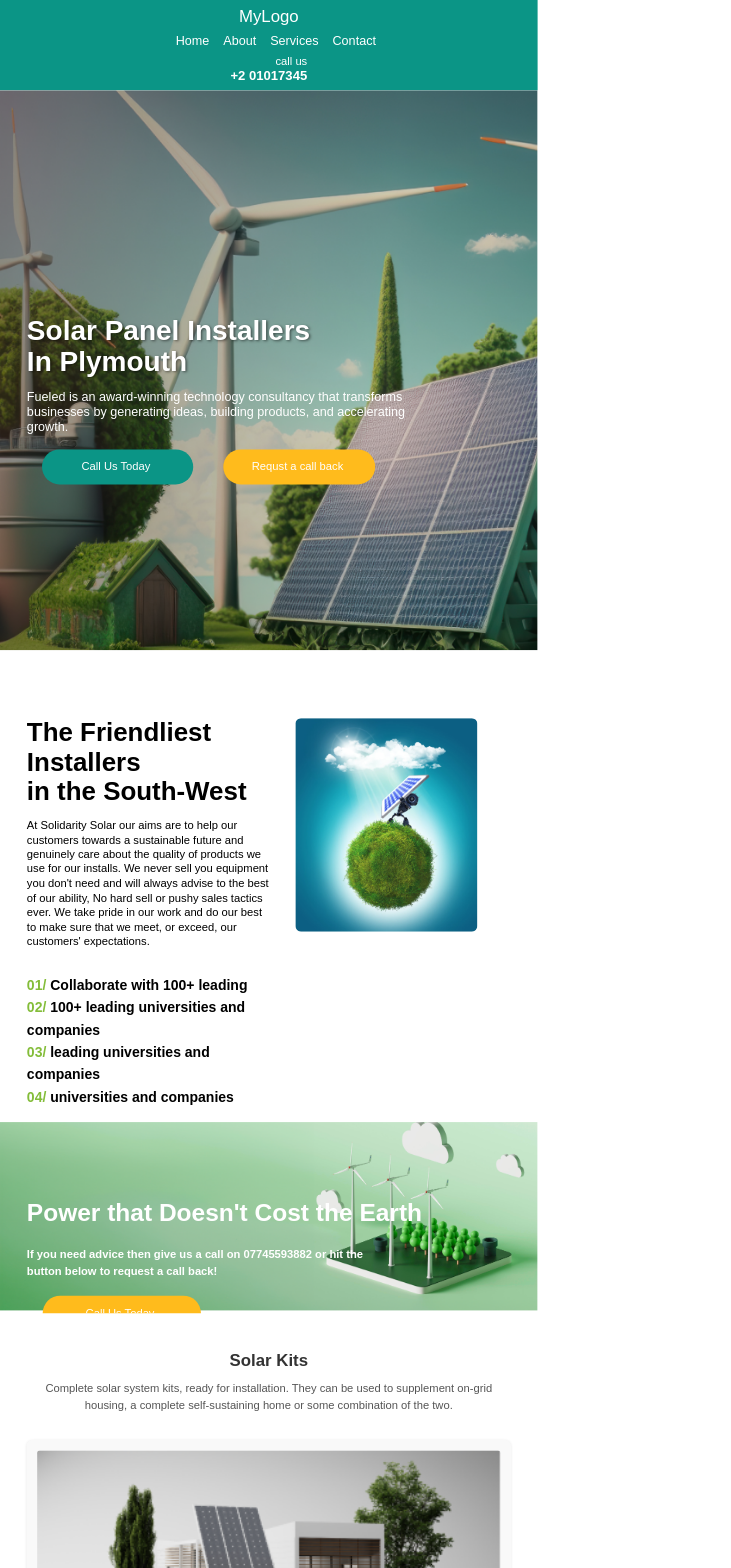
Repository: MaramNabil872/Landing-Page
Page: landingPage.html
These files come from the project's save history. The page is drawn as it stood at one moment and after the next save; the edit follows.
The browser window is 768 px wide. The page is 768 px wide, then 1044 px, so the pictures cover 1044 px, including what lies to the right of the window. The pictures show the part of the page from y = 0 to 2240 px (the page is 7805 px tall before and 1366 px after), at 70% of full size.
Pictures or frames that could not be fetched are drawn as grey boxes. A picture or video elsewhere on the page could not be fetched, so the positions and the page height are approximate.

Above is the page before, as saved 2024-10-22 15:45:48.

### landingPage.html
<!DOCTYPE html>
<html lang="en">
    <head>
        <meta charset="UTF-8" />
        <meta name="viewport" content="width=device-width, initial-scale=1.0" />
        <title>Landing Page</title>
        <link rel="stylesheet" href="landingPage.css" />
    </head>
    <body>
        <nav class="navbar">
            <div class="logo">MyLogo</div>

            <ul class="nav-links">
                <li><a href="#home">Home</a></li>
                <li><a href="#about">About</a></li>
                <li><a href="#services">Services</a></li>
                <li><a href="#contact">Contact</a></li>
            </ul>
            <div class="call">
                <p>call us</p>
                <h3>+2 01017345</h3>
            </div>
        </nav>

        <div class="image-container">
            <img
                src="images/solar-panels-meadow 1.png"
                alt="Background Image"
                class="background-image"
            />
            <div class="main-text">
                <h2 class="text-wallpaper">
                    Solar Panel Installers <br />
                    In Plymouth
                </h2>
                <br />
                <p class="text-paragraph">
                    Fueled is an award-winning technology consultancy that
                    transforms <br />
                    businesses by generating ideas, building products, and
                    accelerating<br />
                    growth.
                </p>
                <div class="button-container">
                    <button class="button-wallpaper1">Call Us Today</button>
                    <button class="button-wallpaper2">
                        Requst a call back
                    </button>
                </div>
            </div>
        </div>

        <!-- first container -->

        <div class="container1">
            <div class="text-container1">
                <p class="title-container1">
                    The Friendliest Installers <br />in the South-West
                </p>
                <p class="paragraph-container1">
                    At Solidarity Solar our aims are to help our customers
                    towards a sustainable future and genuinely care about the
                    quality of products we use for our installs. We never sell
                    you equipment you don't need and will always advise to the
                    best of our ability, No hard sell or pushy sales tactics
                    ever. We take pride in our work and do our best to make sure
                    that we meet, or exceed, our customers' expectations.
                </p>
                <div class="last-container1">
                    <p>
                        <span class="number-container1">01/ </span>Collaborate
                        with 100+ leading
                    </p>
                    <p>
                        <span class="number-container1">02/ </span> 100+ leading
                        universities and companies
                    </p>
                    <p>
                        <span class="number-container1">03/ </span> leading
                        universities and companies
                    </p>
                    <p>
                        <span class="number-container1">04/ </span> universities
                        and companies
                    </p>
                </div>
            </div>
            <div class="image-container1">
                <img src="images/Rectangle 30.png" alt="solar" />
            </div>
        </div>

        <!-- second section -->

        <div class="section2">
            <img src="images/middle.png" alt="img" />
            <div class="main-text">
                <h2 class="section2-text">Power that Doesn't Cost the Earth</h2>
                <h6 class="section2-paragraph">
                    If you need advice then give us a call on 07745593882 or hit
                    the <br />
                    button below to request a call back!
                </h6>
                <button class="button-wallpaper2">Call Us Today</button>
            </div>
        </div>

        <!-- third section -->

        <div class="white-container">
            <h2 class="title">Solar Kits</h2>
            <p class="text">
                Complete solar system kits, ready for installation. They can be
                used to supplement on-grid housing, a complete self-sustaining
                home or some combination of the two.
            </p>

            <div class="card-container">
                <div class="card">
                    <img src="images/1.png" alt="Image 2" class="card-image" />
                    <h3 class="card-title">Off Grid</h3>
                    <p class="card-text">
                        WOC has contributed to students so that they can work in
                        their dream company, we will continue to stick to our
                        commitment to create an advanced generation,
                    </p>
                    <a href="#" class="card-link">View Products →</a>
                </div>
                <div class="card">
                    <img
                        src="images/solar-panels-meadow 2 (1).png"
                        alt="Image 3"
                        class="card-image"
                    />
                    <h3 class="card-title">On Grid</h3>
                    <p class="card-text">
                        WOC has contributed to students so that they can work in
                        their dream company, we will continue to stick to our
                        commitment to create an advanced generation,
                    </p>
                    <a href="#" class="card-link">View Products →</a>
                </div>
                <div class="card">
                    <img
                        src="images/solar-panels-meadow 3.png"
                        alt="Image 1"
                        class="card-image"
                    />
                    <h3 class="card-title">Hybrid</h3>
                    <p class="card-text">
                        WOC has contributed to students so that they can work in
                        their dream company, we will continue to stick to our
                        commitment to create an advanced generation,
                    </p>
                    <a href="#" class="card-link">View Products →</a>
                </div>
            </div>
        </div>

        <!-- forth section -->

        <div class="forth-image">
            <img src="images/8116 1 (1).png" alt="Full Width Image" />
            <div class="overlay-text">
                <h2 class="overlay-title">Repairs Over Replacement</h2>
                <p class="overlay-paragraph">
                    We approach every aspect of our business with sustainability
                    in mind. That's why we believe it's always worth trying to
                    fix a system before outright replacing it, wherever possible
                    – it requires fewer materials and is easier on the planet,
                    as well as your wallet! If another company tells you that
                    your system needs to be replaced, just give us a call and
                    we'll see if we can repair it first.
                </p>
            </div>
        </div>

        <!-- fifth section -->

        <div class="forth">
            <div class="container4">
                <div class="text-section4">
                    <img
                        class="logoimg"
                        src="https://www.logoai.com/oss/icons/2021/10/27/l1eXTxm2w7TM6t9.png"
                    />
                    <h1>Energy Innovators - the products we love</h1>
                    <p class="paragraph-container1">
                        Lorem ipsum dolor sit amet consectetur. Suspendisse
                        suspendisse tempor et ipsum sit egestas nunc. Diam in
                        cum a in.
                    </p>
                </div>
                <div class="card-section4">
                    <div class="card4">
                        <img
                            src="images/image 9.png"
                            alt="Image 1"
                            class="card-image"
                        />
                        <h3 class="card-title">
                            SoliTek - The European Manufacturer of Solar Panels
                        </h3>
                        <p class="card-text">
                            We work closely importing solar panels from Solitek,
                            they offer 30 year warranties on their panels and
                            are constantly coming up with new ideas - including
                            their solar greenhouse.
                        </p>
                        <a href="#" class="card-link">View Products →</a>
                    </div>
                    <div class="card4">
                        <img
                            src="images/image 9.png"
                            alt="Image 2"
                            class="card-image4"
                        />
                        <h3 class="card-title4">
                            Sunsynk - No Power No Problem
                        </h3>
                        <p class="card-text4">
                            Sunsynk build the most versatile hybrid inverter on
                            the market, designed to take up to 7kW of solar on a
                            standard domestic supply - for simultaneous battery
                            charging and household usage.
                        </p>
                        <a href="#" class="card-link">View Products →</a>
                    </div>
                    <div class="card4">
                        <img
                            src="images/image 9.png"
                            alt="Image 3"
                            class="card-image4"
                        />
                        <h3 class="card-title4">
                            BYD - Electrifying Transport
                        </h3>
                        <p class="card-text4">
                            We use battery cells made by BYD, a market leader in
                            lithium batteries. BYD batteries are in cars,
                            trucks, and buses - they build robust batteries.
                        </p>
                        <a href="#" class="card-link">View Products →</a>
                    </div>
                    <div class="card4">
                        <img
                            src="images/image 9.png"
                            alt="Image 4"
                            class="card-image4"
                        />
                        <h3 class="card-title4">REC - Solar's Most Trusted</h3>
                        <p class="card-text4">
                            REC - Renewable Energy Corporation, are one of the
                            longest trading names in solar. They know how to be
                            truly sustainable in this industry - their panels
                            are 100% lead free and have the most trusted
                            warranty in solar.
                        </p>
                        <a href="#" class="card-link">View Products →</a>
                    </div>
                </div>
            </div>
        </div>

        <!-- fifth section -->

        <div class="white-container">
            <h2 class="title5">Our values</h2>
            <p class="text">
                More than 3000 users have been helped by World Online Course.
            </p>

            <div class="card-container">
                <div class="card5">
                    <img
                        src="https://logos-world.net/wp-content/uploads/2023/07/Threads-Logo.png"
                        alt="Image 2"
                        class="card-image5"
                    />
                    <h3 class="card-title">Customer Care</h3>
                    <p class="card-text">
                        We're here to help you with solar panel installation in
                        Devon and Cornwall. If we were to sum ourselves up in a
                        few words, those would be "reliable, honest and
                        friendly." We find our customers agree! We're with you
                        from the start of the project to the finish.
                    </p>
                </div>
                <div class="card5">
                    <img
                        src="https://logos-world.net/wp-content/uploads/2023/07/Threads-Logo.png"
                        alt="Image 3"
                        class="card-image5"
                    />
                    <h3 class="card-title">Price</h3>
                    <p class="card-text">
                        As I'm sure you'll have seen, solar systems don't tend
                        to come cheap. Our aim is to make solar power accessible
                        to everyone, so we price ourselves in a way that makes
                        solar energy more affordable. We're focused on helping
                        you and on helping the environment, rather than on
                        turning a profit.
                    </p>
                </div>
                <div class="card5">
                    <img
                        src="https://logos-world.net/wp-content/uploads/2023/07/Threads-Logo.png"
                        alt="Image 1"
                        class="card-image5"
                    />
                    <h3 class="card-title">Sustainability</h3>
                    <p class="card-text">
                        As we've said, we do this because we truly care about
                        the planet and about seeing people embrace a greener,
                        more eco-friendly approach to power. The world of green
                        energy can be jargon-filled and opaque, so we want to
                        help educate people on the big and little things they
                        can do to protect our planet!
                    </p>
                </div>
            </div>
        </div>

        <!-- sixth section -->

        <div class="testimonial-container">
            <div class="testimonial-left">
              <div class="quote-icon">
                <span>“</span>
              </div>
              <div class="testimonial-title">
                <h1>what they say <br> about WOC</h1>
                <p>More than 3000 users have been helped by World Online Course.</p>
              </div>
            </div>

            <div class="testimonial-right">
              <div class="testimonial-card">
                <h3 class="testimonial-heading">What they say</h3>
                <p class="testimonial-text">
                  "Studying at WOC is fun, the curriculum is complete, the instructors are competent, and the assignments given are also relevant to the current scope of work."
                </p>
                <div class="testimonial-author">
                  <img src="avatar.jpg" alt="Avatar" class="testimonial-avatar">
                  <div class="author-info">
                    <h4>Resky Fernanda</h4>
                    <p>Product Designer at Tokopedia</p>
                  </div>
                </div>
                <div class="testimonial-arrows">
                  <span class="arrow-left">←</span>
                  <span class="arrow-right">→</span>
                </div>
              </div>
            </div>
          </div>

    </body>
</html>

### landingPage.css
* {
    margin: 0;
    padding: 0;
    box-sizing: border-box; /* Added for consistent sizing */
}

body {
    font-family: Arial, sans-serif;
}
@media (max-width: 480px) {
    .text-overlay {
        font-size: 1.2rem; /* Even smaller text size for very small screens */
    }

    .call h3 {
        font-size: 1.2rem; /* Adjust call size for small screens */
    }
}
@media (max-width: 768px) {
    .navbar {
        flex-direction: column; /* Stack items vertically */
        align-items: flex-start; /* Align items to the left */
    }

    .nav-links {
        margin-top: 10px; /* Space between navbar and links */
    }

    .nav-links li {
        margin-left: 0;
        margin-bottom: 10px; /* Space between links */
    }

    .text-overlay {
        font-size: 1.5rem; /* Smaller text size for mobile */
    }
}


.navbar {
    background-color: #0b9586;
    display: flex;
    justify-content: space-between;
    align-items: center;
    padding: 10px 100px;
    position: relative;
    flex-wrap: wrap;
}

.logo {
    color: #fff;
    font-size: 24px;
}

.nav-links {
    list-style: none;
    display: flex;
    flex-wrap: wrap; /* Allow links to wrap on smaller screens */
}

.nav-links li {
    margin-left: 20px;
}

.nav-links a {
    text-decoration: none;
    color: white;
    font-size: 18px;
    transition: color 0.3s;
}

.nav-links a:hover {
    color: #f0a500;
}

.call {
    color: #fff;
    text-align: right; /* Align text to the right */
}

.image-container {
    position: relative;
    width: 100%;
    height: 100vh;
    overflow: hidden;
}

.background-image {
    width: 100%;
    height: 100%;
    object-fit: cover;
}
.main-text{
    position: absolute;
    top: 40%;
    left:5%;
}
.text-wallpaper {


    color: white;
    font-size: 40px;
    font-weight: bold;
    text-shadow: 2px 2px 4px rgba(0, 0, 0, 0.5);
}
.text-paragraph{
    color: white;
    font-size:  18px;

}
.button-container{
    display: flex;
}
.button-wallpaper1 {
    background-color: #0b9586;
    color: white;
    border: none;
    border-radius: 20em;
    padding: 0.8em 1.5em 0.8em 1.2em;
    width: 40%;
    margin: 4%;
    height: 50px;
    font-size: 16px;
    cursor: pointer;
    align-items: center;

}
.button-wallpaper2 {
    background-color:  #FFBB1C;
    ;
    color: white;
    border: none;
    border-radius: 20em;
    padding: 0.8em 1.5em 0.8em 1.2em;
    width: 40%;
    margin: 4%;
    height: 50px;
    font-size: 16px;
    cursor: pointer;
    align-items: center;

}

.container1 {
    display: flex;
    background-color: white;
    padding-top: 10%;
    border-radius: 8px;
    max-width: 1200px;
    margin: 20px auto;


}
.title-container1{
    font-size: 37px;
    font-weight: bold;


}
.text-container1 {
   flex:1;
    padding-right:5%;
padding-left: 5%;}
.paragraph-container1{
    margin-top: 5%;
    line-height: 1.3;
}

.last-container1{
    font-size: 20px;
    font-weight: bold;
    padding-top: 10%;
    line-height: 1.6;
    .number-container1{
        color:#84BD3A;
        ;
    }
}
.image-container1 {
   flex:1
}

.image-container1 img {
    width: 75%;
    height: auto;
    border-radius: 8px;
}


.section2 {
    position: relative;
    width: 100%;
    overflow: hidden;
}

.section2 img {
    width: 100%;
    height: auto; }

.section2-text {
font-size: 35px;
    color: white;

}
.section2-paragraph{
    padding-top: 5%;
    line-height: 1.5;

    font-size: 16px;
    color: white;
}

/* third section */
.white-container {
    background-color: white;
    padding: 5%;
    max-width: 1200px;
    margin: 2% auto;
}

.title {
    margin-bottom: 2%;
    font-size: 24px;
    color: #333;
    text-align: center;

}

.text {
    margin-bottom: 2%;
    font-size: 16px;
    color: #555;
    line-height: 1.5;
    text-align: center;
}

.card-container {
    display: flex;
    justify-content: space-between;
    margin-top: 4%;
}

.card {
    background-color: #f9f9f9;
    border-radius: 8px;
    box-shadow: 0 1px 4px rgba(0, 0, 0, 0.1);
    padding: 15px;
    text-align: center;
    flex: 1;
    margin: 0 10px;
}

.card-image {
    width: 100%;
    height: auto;
    border-radius: 4px;
}

.card-title {
    font-size: 18px;
    color: #333;
    margin-top: 5%;

}

.card-text {
    font-size: 14px;
    color: #555;
    margin-top: 5%;
    margin-bottom: 5%;
    line-height: 1.5;

}

.card-link {
    text-decoration: none;
    color: #007bff;
    font-weight: bold;
}

.card-link:hover {
    text-decoration: underline;
}
@media (max-width: 768px) {
    .card-container {
        flex-direction: column;
    }

    .card {
        flex: 1 1 100%;
        max-width: 100%;
        margin: 10px 0;
    }
}

/* forth css */

.forth-image {
    position: relative;
    width: 100%;
    overflow: hidden;
}

.forth-image img {
    width: 100%;
    height: auto;
}

.overlay-text {
    position: absolute;
    top: 50%;
    left: 50%;
    transform: translate(-50%, -50%);
    color: white;
    text-align: center;
    padding: 20px;
    background-color: rgba(0, 0, 0, 0.5);
    border-radius: 4px;
}
.overlay-title{
    margin-top: 5%;
    margin-bottom: 5%;
    font-size: 30px;

}
.overlay-paragraph{
    margin-top: 4%;
    line-height: 1.5;
    font-size: 16px;

}

/* //forth section// */

.forth{
    background-color:#a8790b0d;
}
.container4 {
    display: flex;
    max-width: 1200px;
    margin-left: 5%;


}
.logoimg{
    height: 8%;
    width: 20%;
}
.text-section4 {
    flex: 0 0 25%;
    padding: 20px;
    padding-top: 5%;

}

.card-section4 {

    flex: 0 0 75%;
    display: flex;
    flex-wrap: wrap;
    justify-content: space-between;
    padding: 5%;
}

.card4 {

    background-color: #3cab8f10;
    border-radius: 8px;
   border: 1px solid #3CAB90;
    padding: 15px;

    flex: 0 0 calc(50% - 10px);
    margin: 5px;
}

.card-image4 {
    width: 100%;
    height: auto;
    border-radius: 4px;
}

.card-title4 {
    font-size: 18px;
    color: #333;
    margin: 10px 0;
}

.card-text4 {
    font-size: 14px;
    color: #555;
    margin: 10px 0;
}

.card-link4 {
    text-decoration: none;
    color: #007bff;
    font-weight: bold;
}

.card-link4:hover {
    text-decoration: underline;
}


@media (max-width: 768px) {
    .container4 {
        flex-direction: column;
    }

    .text-section4 {
        flex: 1 1 100%;
    }

    .card-section4 {
        flex: 1 1 100%;
        display: flex;
        flex-wrap: wrap;
    }

    .card4 {
        flex: 0 0 100%;
        margin: 10px 0;
    }
}


.card5 {
    background-color: #f9f9f9;
    background-color: #3cab8f10;
    border-radius: 8px;
   border: 1px solid #3CAB90;
    padding: 15px;
    flex: 1;
    margin: 0 10px;
}
.card-image5{
    width: 25%;
    height: auto;
    border-radius: 4px;
}
.title5 {
    margin: 4%;
    margin-bottom: 2%;
    font-size: 24px;
    color: #333;
    text-align: center;

}


/* sixth section */

After the next save:
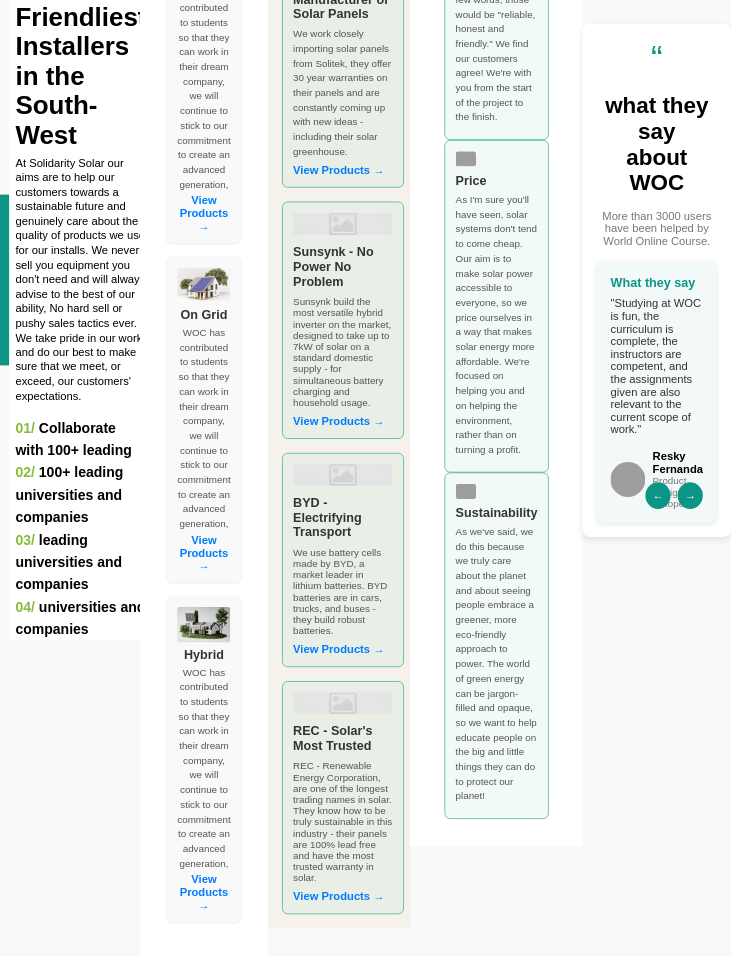
Saved 62 s later.
--- a/landingPage.css
+++ b/landingPage.css
@@ -449,3 +449,131 @@ font-size: 35px;
 
 
 /* sixth section */
+
+body {
+    font-family: Arial, sans-serif;
+    margin: 0;
+    padding: 0;
+    display: flex;
+    justify-content: center;
+    align-items: center;
+    height: 100vh;
+    background-color: #f9f9f9;
+  }
+
+  .testimonial-container {
+    display: flex;
+    background-color: white;
+    padding: 40px;
+    border-radius: 10px;
+    box-shadow: 0 4px 10px rgba(0, 0, 0, 0.1);
+    max-width: 1100px;
+    width: 100%;
+  }
+
+  .testimonial-left {
+    flex: 1;
+    padding-right: 30px;
+  }
+
+  .quote-icon span {
+    font-size: 50px;
+    color: #0b9586;
+  }
+
+  .testimonial-title h1 {
+    font-size: 32px;
+    margin: 20px 0;
+  }
+
+  .testimonial-title p {
+    font-size: 16px;
+    color: #777;
+  }
+
+  .testimonial-right {
+    flex: 1;
+    display: flex;
+    justify-content: center;
+    align-items: center;
+  }
+
+  .testimonial-card {
+    background-color: #f2f9f8;
+    border-radius: 10px;
+    padding: 20px;
+    text-align: left;
+    position: relative;
+    box-shadow: 0 2px 8px rgba(0, 0, 0, 0.1);
+    max-width: 500px;
+  }
+
+  .testimonial-heading {
+    color: #0b9586;
+    font-size: 18px;
+    margin-bottom: 10px;
+  }
+
+  .testimonial-text {
+    font-size: 16px;
+    color: #333;
+    margin-bottom: 20px;
+  }
+
+  .testimonial-author {
+    display: flex;
+    align-items: center;
+    margin-top: 20px;
+  }
+
+  .testimonial-avatar {
+    width: 50px;
+    height: 50px;
+    border-radius: 50%;
+    margin-right: 10px;
+  }
+
+  .author-info h4 {
+    font-size: 16px;
+    margin: 0;
+  }
+
+  .author-info p {
+    font-size: 14px;
+    color: #777;
+    margin: 0;
+  }
+
+  .testimonial-arrows {
+    position: absolute;
+    bottom: 20px;
+    right: 20px;
+    display: flex;
+    gap: 10px;
+  }
+
+  .arrow-left, .arrow-right {
+    background-color: #0b9586;
+    color: white;
+    padding: 10px;
+    border-radius: 50%;
+    cursor: pointer;
+  }
+
+  .arrow-left:hover, .arrow-right:hover {
+    background-color: #087d6f;
+  }
+
+  /* Responsive adjustments */
+  @media (max-width: 768px) {
+    .testimonial-container {
+      flex-direction: column;
+      padding: 20px;
+    }
+
+    .testimonial-left {
+      text-align: center;
+      padding-right: 0;
+      margin-bottom: 20px;
+    }
+  }
